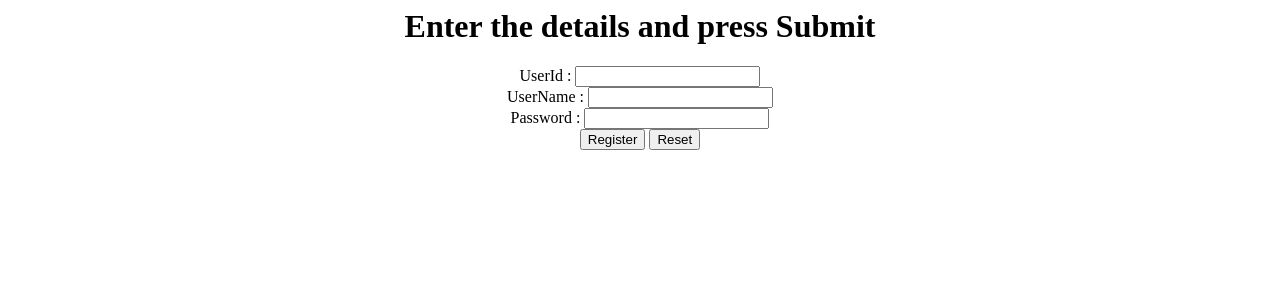
Repository: JamesArul/CLBSiteSTMT
Page: StudentsMeetFrontEnd/WebContent/User/Register.html
These files come from the project's save history. The page is drawn as it stood at one moment and after the next save; the edit follows.
The browser window is 1280 px wide. The pictures show the whole page.

Above is the page before, as saved 2017-05-30 09:02:09.

After the next save:
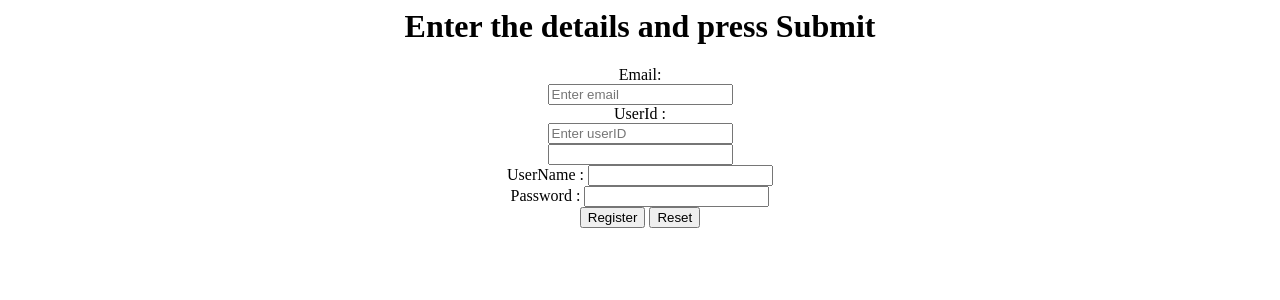
Saved 2 min 51 s later.
--- a/StudentsMeetFrontEnd/WebContent/User/Register.html
+++ b/StudentsMeetFrontEnd/WebContent/User/Register.html
@@ -2,7 +2,19 @@
 <center><h1>Enter the details and press Submit</h1></center>
 <center>
 <form ng-submit="ctrl.submit()" class="form-horizontal">
-UserId : <input type="text" ng-model="ctrl.user.userID"/><br>
+<div class="form-group">
+    <label class="control-label col-sm-2" for="email">Email:</label>
+    <div class="col-sm-10">
+      <input type="email" class="form-control" id="email" placeholder="Enter email">
+    </div>
+  </div>
+  <div class="form-group">
+    <label class="control-label col-sm-2" for="userid">UserId :</label>
+    <div class="col-sm-10">
+      <input type="text" class="form-control" id="userid" placeholder="Enter userID">
+    </div>
+  </div>
+ <input type="text" ng-model="ctrl.user.userID"/><br>
 UserName : <input type="text" ng-model="ctrl.user.userName"><br>
 Password : <input type="password" ng-model="ctrl.user.userPassword"><br>
 <input type="submit" value="Register">
